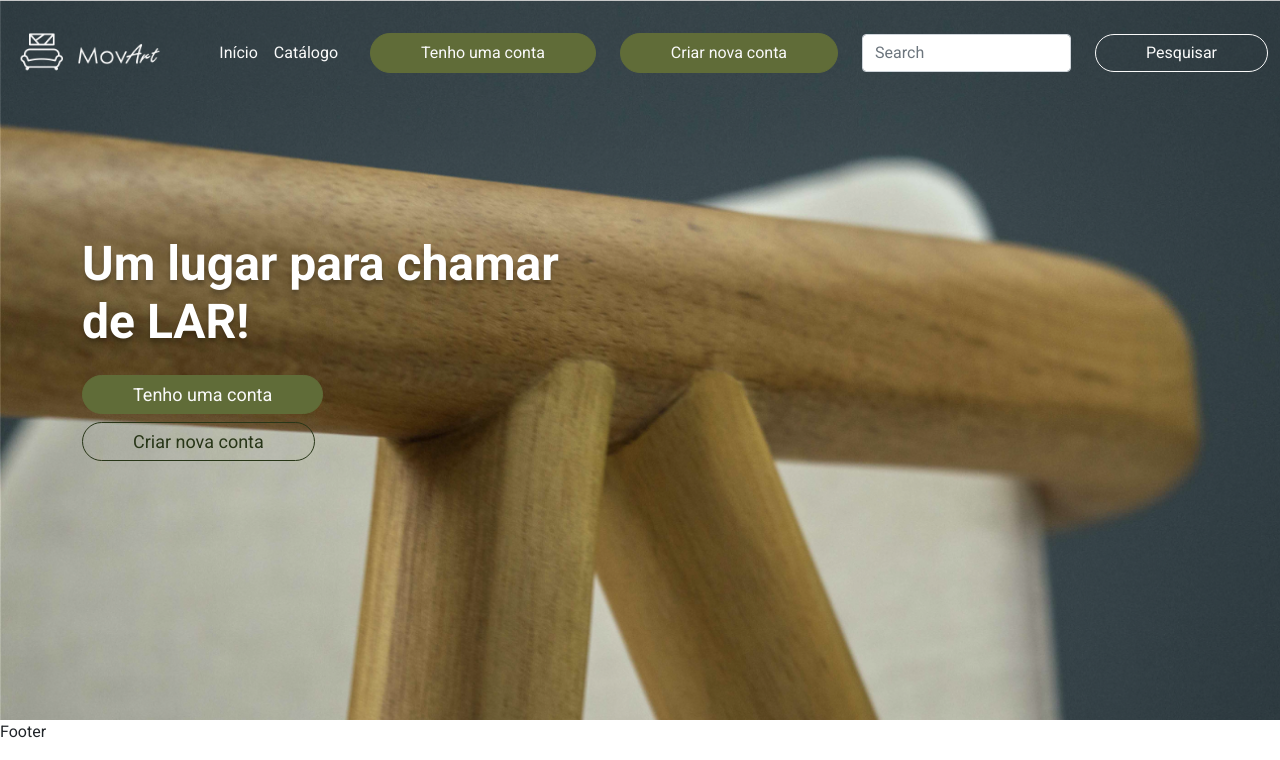
Repository: telesbp/Projeto-4-e-Projeto-5
Page: / (app in front-end/)
An editor plug-in stored every save of this project. The page is shown before and after the next save, followed by the edit.
The browser window is 1280 px wide. The pictures show the whole page.
The project was rebuilt for these pictures with package versions that can differ from the ones it lists, and the page was loaded fresh each time.

Above is the page before, as saved 2022-07-17 18:35:34.

### front-end/public/index.html
<!DOCTYPE html>
<html lang="pt-BR">
  <head>
    <meta charset="utf-8" />
    <link rel="icon" href="%PUBLIC_URL%/favicon.ico" />
    <meta name="viewport" content="width=device-width, initial-scale=1" />
    <meta name="theme-color" content="#000000" />
    <meta
      name="description"
      content="Seu negócio automatizado!"
    />
    <link rel="apple-touch-icon" href="%PUBLIC_URL%/logo192.png" />
    <!--
      manifest.json provides metadata used when your web app is installed on a
      user's mobile device or desktop. See https://developers.google.com/web/fundamentals/web-app-manifest/
    -->
    <link rel="manifest" href="%PUBLIC_URL%/manifest.json" />
    <!--
      Notice the use of %PUBLIC_URL% in the tags above.
      It will be replaced with the URL of the `public` folder during the build.
      Only files inside the `public` folder can be referenced from the HTML.

      Unlike "/favicon.ico" or "favicon.ico", "%PUBLIC_URL%/favicon.ico" will
      work correctly both with client-side routing and a non-root public URL.
      Learn how to configure a non-root public URL by running `npm run build`.
    -->
    <title>Stagio</title>

    <link rel="preconnect" href="https://fonts.googleapis.com">
    <link rel="preconnect" href="https://fonts.gstatic.com" crossorigin>
    <link href="https://fonts.googleapis.com/css2?family=Roboto:wght@400;700&display=swap" rel="stylesheet">
  </head>
  <body>
    <noscript>You need to enable JavaScript to run this app.</noscript>
    <div id="root"></div>
    <!--
      This HTML file is a template.
      If you open it directly in the browser, you will see an empty page.

      You can add webfonts, meta tags, or analytics to this file.
      The build step will place the bundled scripts into the <body> tag.

      To begin the development, run `npm start` or `yarn start`.
      To create a production bundle, use `npm run build` or `yarn build`.
    -->
  </body>
</html>

### front-end/src/index.tsx
import React from 'react';
import ReactDOM from 'react-dom/client';
import App from './App';
import 'bootstrap/dist/css/bootstrap.min.css';
import { BrowserRouter } from 'react-router-dom';
import 'react-toastify/dist/ReactToastify.css';
import { ToastContainer } from 'react-toastify';
import { GlobalStyle } from './assets/css/global';

const root = ReactDOM.createRoot(
  document.getElementById('root') as HTMLElement
);
root.render(
  <React.StrictMode>
    <BrowserRouter>
    <GlobalStyle/>
      <App />
      <ToastContainer/>
    </BrowserRouter>
  </React.StrictMode>
);

### front-end/src/App.tsx
import { HomeView } from "./views/Home";

function App() {
  return (
    <HomeView/>
  );
}

export default App;

### front-end/src/assets/css/global.ts
import { createGlobalStyle } from "styled-components";

export const GlobalStyle = createGlobalStyle`
    body{
       font-family: 'Roboto', sans-serif;
    }
`

### front-end/src/views/Home/index.tsx
import { Container } from "react-bootstrap";
import styled from "styled-components";
import bgSite from "../../assets/img/cadeira1.png"
import { CustomButton } from "../../components/CustomButton";
import { Layout } from "../../components/Layout";

export function HomeView(){
    return(
        <Layout>
            <Banner className="vh-100">
                <Container className="h-100 d-flex flex-column justify-content-center align-items-center align-items-lg-start">
                    <Title className="text-center text-white text-lg-start mt-auto mt-lg-0 ">Um lugar para chamar de LAR!</Title>
                    <CustomButton size="lg" to="login" variant="primary" className="mt-auto mt-lg-3 mb-2">Tenho uma conta</CustomButton>
                    <CustomButton size="lg" to="cadastro" variant="outline-primary" className="mb-4">Criar nova conta</CustomButton>
                </Container>
            </Banner>
        </Layout>
    )
}

const Banner = styled.div`
    background: url(${bgSite}) no-repeat center center;
    background-size: cover;
`
const Title = styled.h1`
    font-size: 2.25rem;
    font-weight: bold;
    text-shadow: 0 4px 4px rgba(0, 0, 0, 0.25);
    @media (min-width: 992px){
        font-size: 3rem;
        max-width: 500px;
    }
`

### front-end/src/components/CustomButton/index.tsx
import { Button, ButtonProps, Spinner } from "react-bootstrap";
import { LinkContainer } from "react-router-bootstrap";
import styled from "styled-components";

type Props = ButtonProps & {
    loading?: boolean
    to?: string
}

export function CustomButton({children, loading, to, ...otherProps}: Props) {
    const button = (
        <ButtonStyled {...otherProps}>
            {loading && (
                <Spinner animation="border" role="status" size="sm" className="me-2">
                    <span className="visually-hidden">Carregando...</span>
                </Spinner>
            )}
            {children}
        </ButtonStyled>
    )
    if (to){
        return(
            <LinkContainer to={to}>
                {button}
            </LinkContainer>
        )
    }
    return button
}
const ButtonStyled = styled(Button)`
    border-radius: 50px;
    font-weight: 500;
    padding:5px 50px 5px 50px;
    ${props => props.size ==='lg' && `
        font-size: 1.125rem;
    `}
    ${props => (props.variant === "primary" || !props.variant) && `
        background-color: #606c38;
        border-color: #606c38;
        color: #fafafa!important;
        &:hover {
            background-color: #283618;
            border-color: #283618;
        }
    `}
    ${props => (props.variant === "outline-primary" || !props.variant) && `
        border-color: #283618;
        color: #283618;
        &:hover {
            background-color: #283618;
            border-color: #283618;
            color: #fafafa;
        }
    `}
    ${props => (props.variant === "outline-secundary" || !props.variant) && `
        border-color: #fafafa;
        color: #fafafa;
        &:hover {
            background-color: #283618;
            border-color: #283618;
            color: #fafafa;
        }
    `}
`

### front-end/src/components/Layout/index.tsx
import { Header } from "./Header"

type Props = {
    children: React.ReactNode
}
export const Layout: React.FC<Props> = ({children}) => {
    return (
        <>
            <Header/>
            {children}
            <p>Footer</p>
        </>
    )
}

### front-end/src/components/Layout/Header.tsx
import { faBarsStaggered } from "@fortawesome/free-solid-svg-icons";
import { FontAwesomeIcon } from "@fortawesome/react-fontawesome";
import { useState } from "react";
import { Container, Form, Nav, Navbar } from "react-bootstrap";
import { Link } from "react-router-dom";
import styled from "styled-components";
import LogoBrand from "../../assets/img/logobranca.png"
import LogoBrandBlack from "../../assets/img/logopreta.png"
import { CustomButton } from "../CustomButton";

export function Header() {
    const [isTransparent, setIsTransparent] = useState(true)
    return(
        <Navbar fixed="top" expand="lg" bg={isTransparent ? undefined : "white"} >
        <Container fluid>
          <Navbar.Brand to="/" as={Link}>
            <img src={isTransparent ? LogoBrand : LogoBrandBlack} alt="MovArt" width={170} height={80}/>
          </Navbar.Brand>
          <NavBarToggleStyled aria-controls="basic-navbar-nav">
            <FontAwesomeIcon icon={faBarsStaggered}  className={isTransparent ? "text-white" : "text-dark"} size="lg" />
            </NavBarToggleStyled>
        <NavBarCollapseStyled id="basic-navbar-nav">
          <Nav className="ms-auto">
            <NavLinkStyled forwardedAs={Link} to="/" className="justify-contend-center text-center">Início</NavLinkStyled>
            <NavLinkStyled forwardedAs={Link} to="/catálogo" className="justify-contend-center text-center">Catálogo</NavLinkStyled>
            <CustomButton className="mt-2 mt-lg-0 ms-lg-4" variant="primary">Tenho uma conta</CustomButton>
            <CustomButton className="mt-2 mt-lg-0 ms-lg-4" variant="primary">Criar nova conta</CustomButton>
        </Nav>
            <Form className="d-flex">
              <Form.Control
                type="search"
                placeholder="Search"
                className="mt-2 mt-lg-0 ms-lg-4"
                aria-label="Search"
              />
              <CustomButton variant={isTransparent ? "outline-secundary" : "outline-primary" } className="mt-2 mt-lg-0 ms-lg-4">Pesquisar</CustomButton>
            </Form>
          </NavBarCollapseStyled>
        </Container>
      </Navbar>
    )
}
const NavBarToggleStyled = styled(Navbar.Toggle)`
    border:none;
`

const NavBarCollapseStyled = styled(Navbar.Collapse)`
   @media (max-width: 991px) {
   background-color:#fafafa ;
    margin: 0 -12px;
    padding: 1rem 2rem;
}
`
const NavLinkStyled = styled(Nav.Link)`
    @media (min-width: 992px){
        color: #fafafa!important;
    }

`

After the next save:
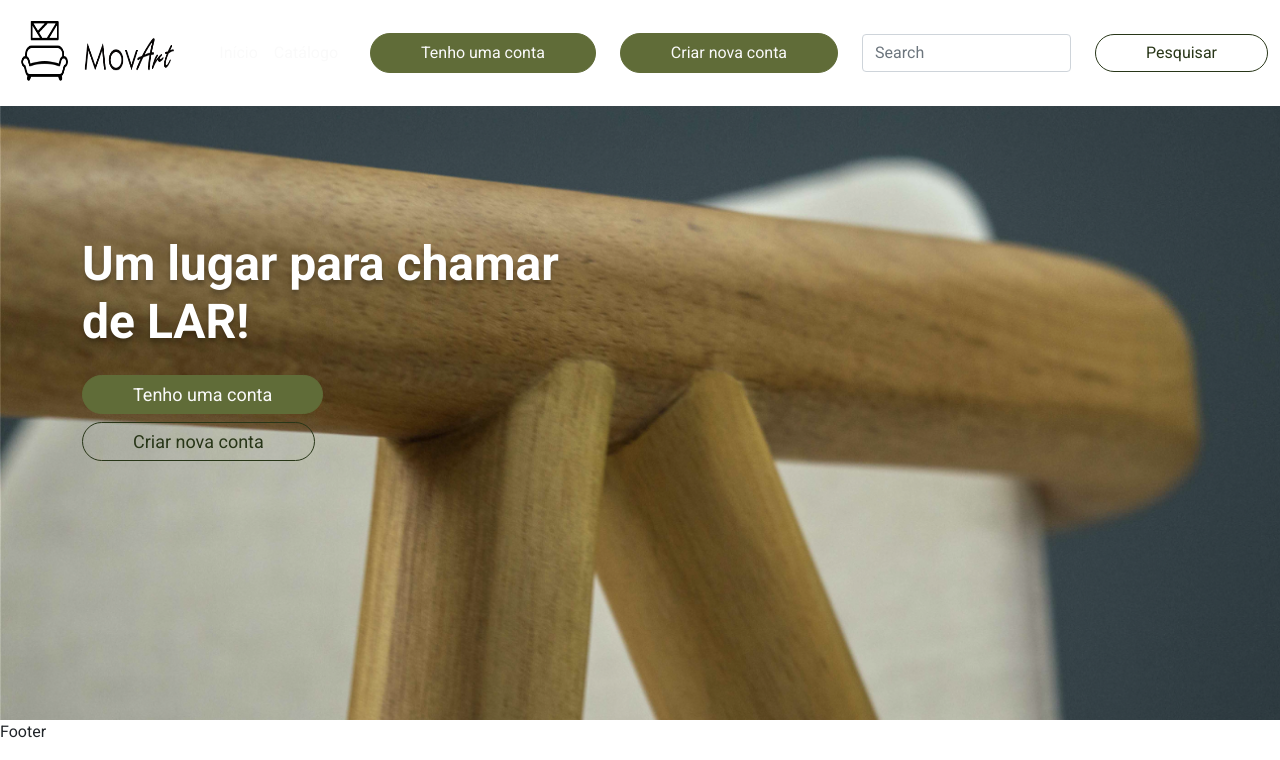
Saved 3 min 38 s later.
--- a/front-end/src/components/Layout/Header.tsx
+++ b/front-end/src/components/Layout/Header.tsx
@@ -9,7 +9,7 @@
 import { CustomButton } from "../CustomButton";
 
 export function Header() {
-    const [isTransparent, setIsTransparent] = useState(true)
+    const [isTransparent, setIsTransparent] = useState(false)
     return(
         <Navbar fixed="top" expand="lg" bg={isTransparent ? undefined : "white"} >
         <Container fluid>

After the save that followed:
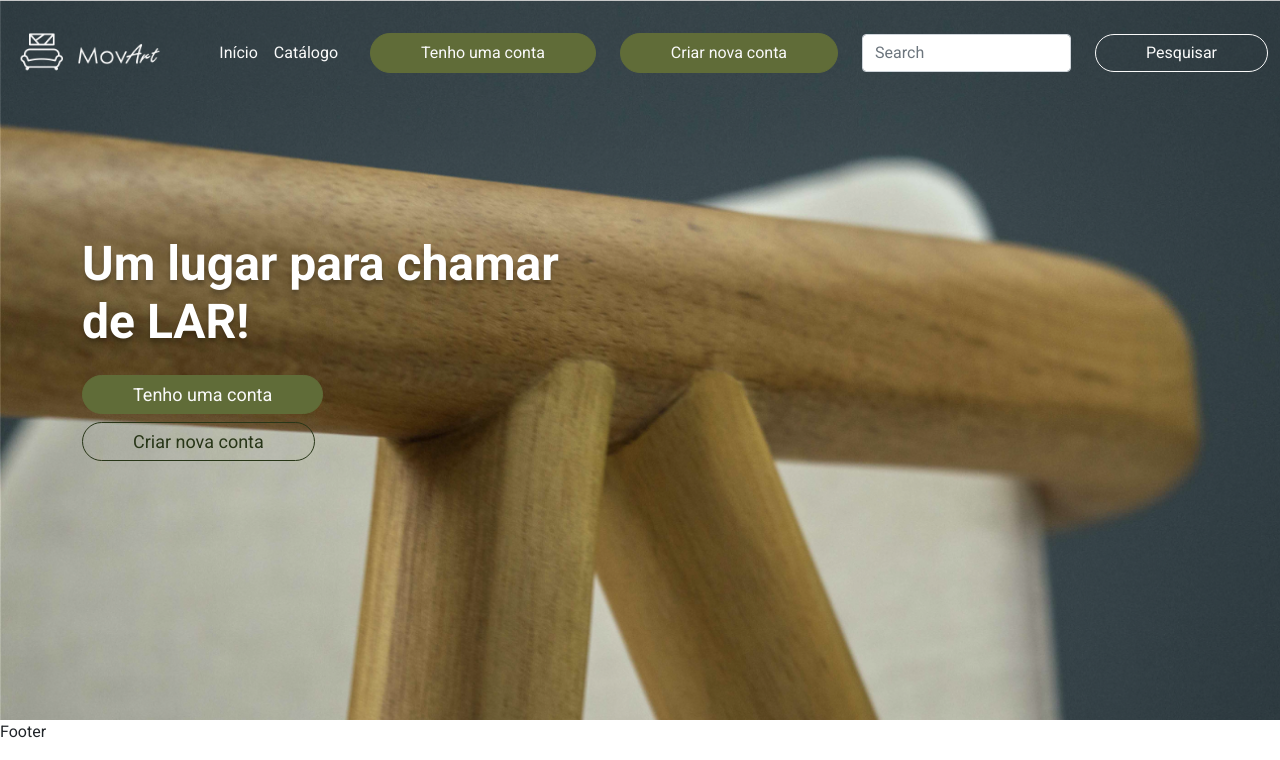
Saved 8 min 21 s later.
--- a/front-end/src/components/Layout/Header.tsx
+++ b/front-end/src/components/Layout/Header.tsx
@@ -1,6 +1,6 @@
 import { faBarsStaggered } from "@fortawesome/free-solid-svg-icons";
 import { FontAwesomeIcon } from "@fortawesome/react-fontawesome";
-import { useState } from "react";
+import { useEffect, useState } from "react";
 import { Container, Form, Nav, Navbar } from "react-bootstrap";
 import { Link } from "react-router-dom";
 import styled from "styled-components";
@@ -10,6 +10,12 @@
 
 export function Header() {
     const [isTransparent, setIsTransparent] = useState(false)
+    useEffect(() => {
+        window.addEventListener("scroll", () => {
+            const isLowScroll = window.screenY < 60
+            setIsTransparent(isLowScroll)
+        })
+    },[])
     return(
         <Navbar fixed="top" expand="lg" bg={isTransparent ? undefined : "white"} >
         <Container fluid>
